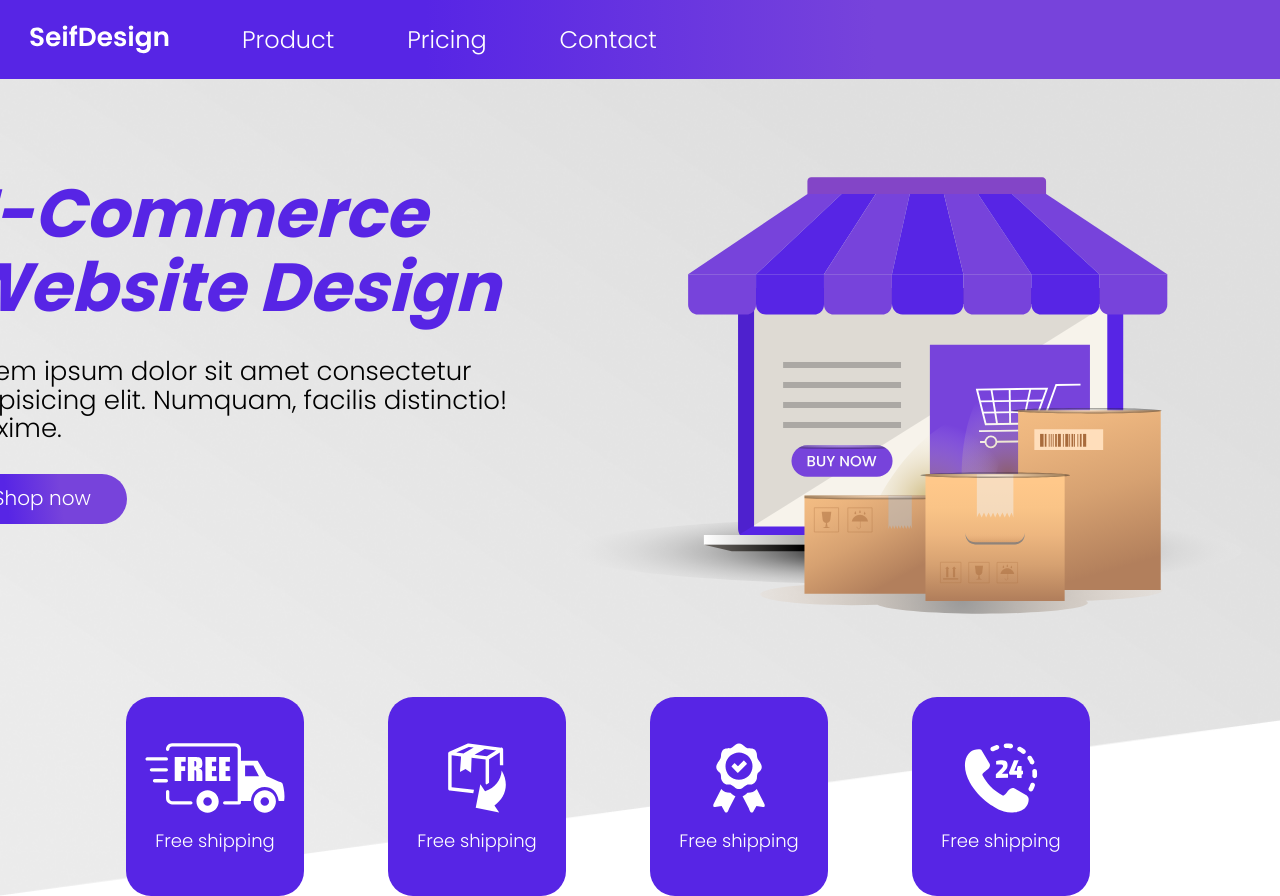
Repository: simralgasimov/newpage
Page: index.html
An editor plug-in stored every save of this project. The page is shown before and after the next save, followed by the edit.
The browser window is 1280 px wide. The pictures show the whole page.
The style sheet was rebuilt from its Sass, Less or Tailwind sources for each picture, by a compiler version that may differ from the author's.

Above is the page before, as saved 2023-12-13 15:19:23.
Not found: index.js

After the next save:
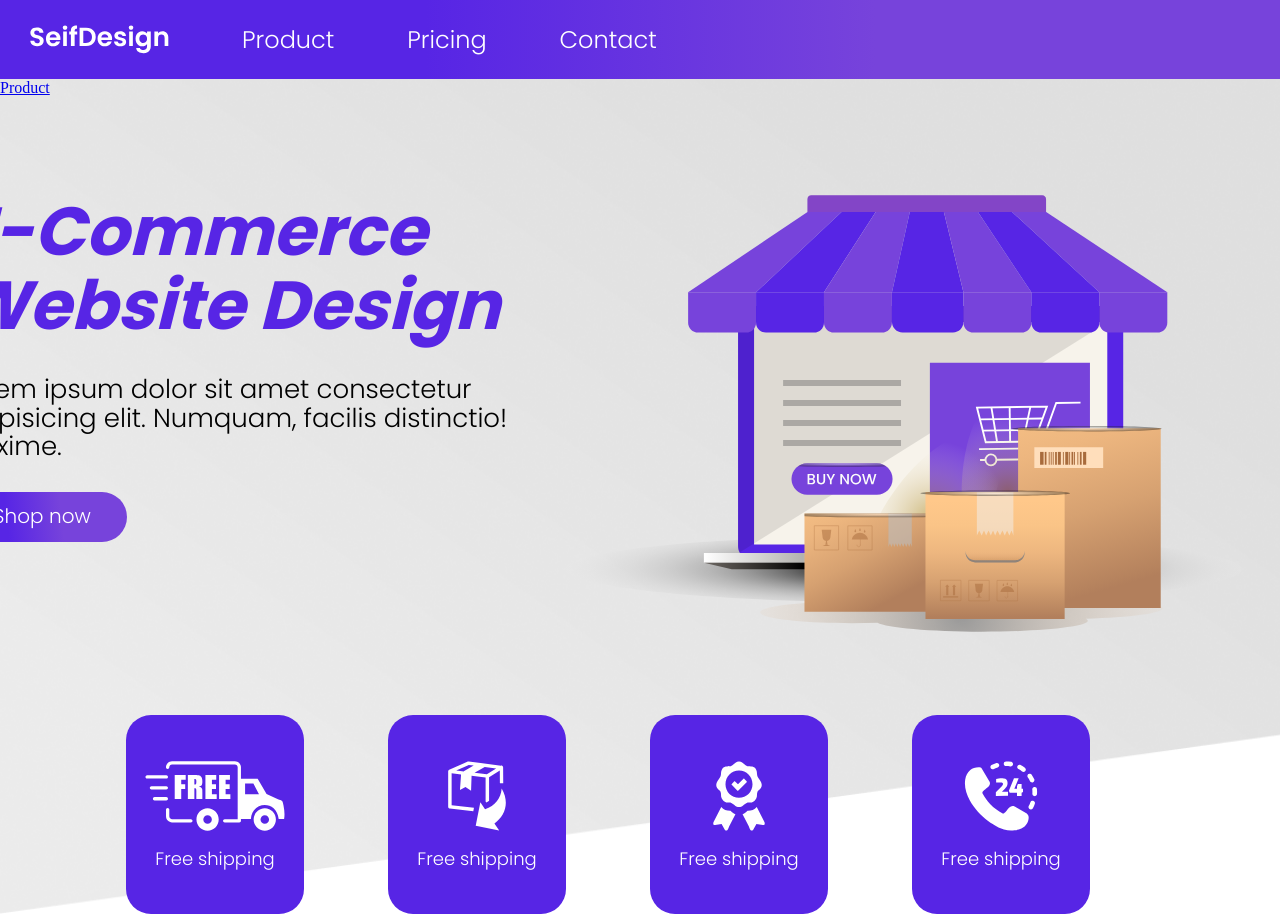
Saved 7 s later.
--- a/index.html
+++ b/index.html
@@ -22,7 +22,7 @@
         </div>
       </nav>
       <div class="menu-list">
-        <a href="#"></a>
+        <a href="#">Product</a>
       </div>
       <div class="box-container">
         <div class="box-1">
